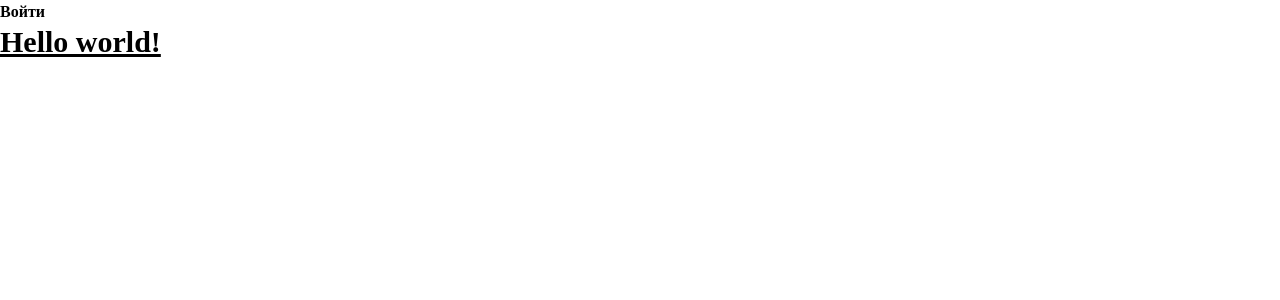
Repository: Gunplay/Smart-Home
Page: /
These files come from the project's save history. The page is drawn as it stood at one moment and after the next save; the edit follows.
The browser window is 1280 px wide. The pictures show the whole page.
The project was rebuilt for these pictures with package versions that can differ from the ones it lists, and the page was loaded fresh each time. Also part of the build but not shown: vite.config.js, vite.config.ts.

Above is the page before, as saved 2024-06-12 16:50:27.

### index.html
<!doctype html>
<html lang="en">

<head>
  <meta charset="UTF-8" />
  <link rel="icon" type="image/svg+xml" href="./src/assets/smart-home-svgrepo-com.svg" />
  <meta name="viewport" content="width=device-width, initial-scale=1.0" />
  <title>Smart-Home</title>
  <link real='stylesheet' href='src/style.css'>
</head>

<body>
  <div id="root"></div>

  <script type="module" src="/src/main.tsx"></script>
</body>

</html>

### src/main.tsx
import React from 'react';
import ReactDOM from 'react-dom/client';
import { BrowserRouter as Router } from 'react-router-dom';
import App from './App.tsx';
import './css/style.css';

ReactDOM.createRoot(document.getElementById('root')!).render(
	<React.StrictMode>
		<Router>
			<App />
		</Router>
	</React.StrictMode>
);

### src/App.tsx
// import { useState } from 'react';

// import reactLogo from './assets/react.svg';
// import viteLogo from '/vite.svg';
import Header from './components/Header';

function App() {
	return (
		<>
			<Header />
		</>
	);
}

export default App;

### src/css/style.css
/*
! tailwindcss v3.4.4 | MIT License | https://tailwindcss.com
*/

/*
1. Prevent padding and border from affecting element width. (https://github.com/mozdevs/cssremedy/issues/4)
2. Allow adding a border to an element by just adding a border-width. (https://github.com/tailwindcss/tailwindcss/pull/116)
*/

*,
::before,
::after {
	box-sizing: border-box;
	/* 1 */
	border-width: 0;
	/* 2 */
	border-style: solid;
	/* 2 */
	border-color: #e5e7eb;
	/* 2 */
}

::before,
::after {
	--tw-content: '';
}

/*
1. Use a consistent sensible line-height in all browsers.
2. Prevent adjustments of font size after orientation changes in iOS.
3. Use a more readable tab size.
4. Use the user's configured `sans` font-family by default.
5. Use the user's configured `sans` font-feature-settings by default.
6. Use the user's configured `sans` font-variation-settings by default.
7. Disable tap highlights on iOS
*/

html,
:host {
	line-height: 1.5;
	/* 1 */
	-webkit-text-size-adjust: 100%;
	/* 2 */
	-moz-tab-size: 4;
	/* 3 */
	-o-tab-size: 4;
	tab-size: 4;
	/* 3 */
	font-family: var(--font-sora), ui-sans-serif, system-ui, sans-serif,
		'Apple Color Emoji', 'Segoe UI Emoji', 'Segoe UI Symbol', 'Noto Color Emoji';
	/* 4 */
	font-feature-settings: normal;
	/* 5 */
	font-variation-settings: normal;
	/* 6 */
	-webkit-tap-highlight-color: transparent;
	/* 7 */
}

/*
1. Remove the margin in all browsers.
2. Inherit line-height from `html` so users can set them as a class directly on the `html` element.
*/

body {
	margin: 0;
	/* 1 */
	line-height: inherit;
	/* 2 */
}

/*
1. Add the correct height in Firefox.
2. Correct the inheritance of border color in Firefox. (https://bugzilla.mozilla.org/show_bug.cgi?id=190655)
3. Ensure horizontal rules are visible by default.
*/

hr {
	height: 0;
	/* 1 */
	color: inherit;
	/* 2 */
	border-top-width: 1px;
	/* 3 */
}

/*
Add the correct text decoration in Chrome, Edge, and Safari.
*/

abbr:where([title]) {
	-webkit-text-decoration: underline dotted;
	text-decoration: underline dotted;
}

/*
Remove the default font size and weight for headings.
*/

h1,
h2,
h3,
h4,
h5,
h6 {
	font-size: inherit;
	font-weight: inherit;
}

/*
Reset links to optimize for opt-in styling instead of opt-out.
*/

a {
	color: inherit;
	text-decoration: inherit;
}

/*
Add the correct font weight in Edge and Safari.
*/

b,
strong {
	font-weight: bolder;
}

/*
1. Use the user's configured `mono` font-family by default.
2. Use the user's configured `mono` font-feature-settings by default.
3. Use the user's configured `mono` font-variation-settings by default.
4. Correct the odd `em` font sizing in all browsers.
*/

code,
kbd,
samp,
pre {
	font-family: ui-monospace, SFMono-Regular, Menlo, Monaco, Consolas,
		'Liberation Mono', 'Courier New', monospace;
	/* 1 */
	font-feature-settings: normal;
	/* 2 */
	font-variation-settings: normal;
	/* 3 */
	font-size: 1em;
	/* 4 */
}

/*
Add the correct font size in all browsers.
*/

small {
	font-size: 80%;
}

/*
Prevent `sub` and `sup` elements from affecting the line height in all browsers.
*/

sub,
sup {
	font-size: 75%;
	line-height: 0;
	position: relative;
	vertical-align: baseline;
}

sub {
	bottom: -0.25em;
}

sup {
	top: -0.5em;
}

/*
1. Remove text indentation from table contents in Chrome and Safari. (https://bugs.chromium.org/p/chromium/issues/detail?id=999088, https://bugs.webkit.org/show_bug.cgi?id=201297)
2. Correct table border color inheritance in all Chrome and Safari. (https://bugs.chromium.org/p/chromium/issues/detail?id=935729, https://bugs.webkit.org/show_bug.cgi?id=195016)
3. Remove gaps between table borders by default.
*/

table {
	text-indent: 0;
	/* 1 */
	border-color: inherit;
	/* 2 */
	border-collapse: collapse;
	/* 3 */
}

/*
1. Change the font styles in all browsers.
2. Remove the margin in Firefox and Safari.
3. Remove default padding in all browsers.
*/

button,
input,
optgroup,
select,
textarea {
	font-family: inherit;
	/* 1 */
	font-feature-settings: inherit;
	/* 1 */
	font-variation-settings: inherit;
	/* 1 */
	font-size: 100%;
	/* 1 */
	font-weight: inherit;
	/* 1 */
	line-height: inherit;
	/* 1 */
	letter-spacing: inherit;
	/* 1 */
	color: inherit;
	/* 1 */
	margin: 0;
	/* 2 */
	padding: 0;
	/* 3 */
}

/*
Remove the inheritance of text transform in Edge and Firefox.
*/

button,
select {
	text-transform: none;
}

/*
1. Correct the inability to style clickable types in iOS and Safari.
2. Remove default button styles.
*/

button,
input:where([type='button']),
input:where([type='reset']),
input:where([type='submit']) {
	-webkit-appearance: button;
	/* 1 */
	background-color: transparent;
	/* 2 */
	background-image: none;
	/* 2 */
}

/*
Use the modern Firefox focus style for all focusable elements.
*/

:-moz-focusring {
	outline: auto;
}

/*
Remove the additional `:invalid` styles in Firefox. (https://github.com/mozilla/gecko-dev/blob/2f9eacd9d3d995c937b4251a5557d95d494c9be1/layout/style/res/forms.css#L728-L737)
*/

:-moz-ui-invalid {
	box-shadow: none;
}

/*
Add the correct vertical alignment in Chrome and Firefox.
*/

progress {
	vertical-align: baseline;
}

/*
Correct the cursor style of increment and decrement buttons in Safari.
*/

::-webkit-inner-spin-button,
::-webkit-outer-spin-button {
	height: auto;
}

/*
1. Correct the odd appearance in Chrome and Safari.
2. Correct the outline style in Safari.
*/

[type='search'] {
	-webkit-appearance: textfield;
	/* 1 */
	outline-offset: -2px;
	/* 2 */
}

/*
Remove the inner padding in Chrome and Safari on macOS.
*/

::-webkit-search-decoration {
	-webkit-appearance: none;
}

/*
1. Correct the inability to style clickable types in iOS and Safari.
2. Change font properties to `inherit` in Safari.
*/

::-webkit-file-upload-button {
	-webkit-appearance: button;
	/* 1 */
	font: inherit;
	/* 2 */
}

/*
Add the correct display in Chrome and Safari.
*/

summary {
	display: list-item;
}

/*
Removes the default spacing and border for appropriate elements.
*/

blockquote,
dl,
dd,
h1,
h2,
h3,
h4,
h5,
h6,
hr,
figure,
p,
pre {
	margin: 0;
}

fieldset {
	margin: 0;
	padding: 0;
}

legend {
	padding: 0;
}

ol,
ul,
menu {
	list-style: none;
	margin: 0;
	padding: 0;
}

/*
Reset default styling for dialogs.
*/

dialog {
	padding: 0;
}

/*
Prevent resizing textareas horizontally by default.
*/

textarea {
	resize: vertical;
}

/*
1. Reset the default placeholder opacity in Firefox. (https://github.com/tailwindlabs/tailwindcss/issues/3300)
2. Set the default placeholder color to the user's configured gray 400 color.
*/

input::-moz-placeholder,
textarea::-moz-placeholder {
	opacity: 1;
	/* 1 */
	color: #9ca3af;
	/* 2 */
}

input::placeholder,
textarea::placeholder {
	opacity: 1;
	/* 1 */
	color: #9ca3af;
	/* 2 */
}

/*
Set the default cursor for buttons.
*/

button,
[role='button'] {
	cursor: pointer;
}

/*
Make sure disabled buttons don't get the pointer cursor.
*/

:disabled {
	cursor: default;
}

/*
1. Make replaced elements `display: block` by default. (https://github.com/mozdevs/cssremedy/issues/14)
2. Add `vertical-align: middle` to align replaced elements more sensibly by default. (https://github.com/jensimmons/cssremedy/issues/14#issuecomment-634934210)
   This can trigger a poorly considered lint error in some tools but is included by design.
*/

img,
svg,
video,
canvas,
audio,
iframe,
embed,
object {
	display: block;
	/* 1 */
	vertical-align: middle;
	/* 2 */
}

/*
Constrain images and videos to the parent width and preserve their intrinsic aspect ratio. (https://github.com/mozdevs/cssremedy/issues/14)
*/

img,
video {
	max-width: 100%;
	height: auto;
}

/* Make elements with the HTML hidden attribute stay hidden by default */

[hidden] {
	display: none;
}

*,
::before,
::after {
	--tw-border-spacing-x: 0;
	--tw-border-spacing-y: 0;
	--tw-translate-x: 0;
	--tw-translate-y: 0;
	--tw-rotate: 0;
	--tw-skew-x: 0;
	--tw-skew-y: 0;
	--tw-scale-x: 1;
	--tw-scale-y: 1;
	--tw-pan-x: ;
	--tw-pan-y: ;
	--tw-pinch-zoom: ;
	--tw-scroll-snap-strictness: proximity;
	--tw-gradient-from-position: ;
	--tw-gradient-via-position: ;
	--tw-gradient-to-position: ;
	--tw-ordinal: ;
	--tw-slashed-zero: ;
	--tw-numeric-figure: ;
	--tw-numeric-spacing: ;
	--tw-numeric-fraction: ;
	--tw-ring-inset: ;
	--tw-ring-offset-width: 0px;
	--tw-ring-offset-color: #fff;
	--tw-ring-color: rgb(59 130 246 / 0.5);
	--tw-ring-offset-shadow: 0 0 #0000;
	--tw-ring-shadow: 0 0 #0000;
	--tw-shadow: 0 0 #0000;
	--tw-shadow-colored: 0 0 #0000;
	--tw-blur: ;
	--tw-brightness: ;
	--tw-contrast: ;
	--tw-grayscale: ;
	--tw-hue-rotate: ;
	--tw-invert: ;
	--tw-saturate: ;
	--tw-sepia: ;
	--tw-drop-shadow: ;
	--tw-backdrop-blur: ;
	--tw-backdrop-brightness: ;
	--tw-backdrop-contrast: ;
	--tw-backdrop-grayscale: ;
	--tw-backdrop-hue-rotate: ;
	--tw-backdrop-invert: ;
	--tw-backdrop-opacity: ;
	--tw-backdrop-saturate: ;
	--tw-backdrop-sepia: ;
	--tw-contain-size: ;
	--tw-contain-layout: ;
	--tw-contain-paint: ;
	--tw-contain-style: ;
}

::backdrop {
	--tw-border-spacing-x: 0;
	--tw-border-spacing-y: 0;
	--tw-translate-x: 0;
	--tw-translate-y: 0;
	--tw-rotate: 0;
	--tw-skew-x: 0;
	--tw-skew-y: 0;
	--tw-scale-x: 1;
	--tw-scale-y: 1;
	--tw-pan-x: ;
	--tw-pan-y: ;
	--tw-pinch-zoom: ;
	--tw-scroll-snap-strictness: proximity;
	--tw-gradient-from-position: ;
	--tw-gradient-via-position: ;
	--tw-gradient-to-position: ;
	--tw-ordinal: ;
	--tw-slashed-zero: ;
	--tw-numeric-figure: ;
	--tw-numeric-spacing: ;
	--tw-numeric-fraction: ;
	--tw-ring-inset: ;
	--tw-ring-offset-width: 0px;
	--tw-ring-offset-color: #fff;
	--tw-ring-color: rgb(59 130 246 / 0.5);
	--tw-ring-offset-shadow: 0 0 #0000;
	--tw-ring-shadow: 0 0 #0000;
	--tw-shadow: 0 0 #0000;
	--tw-shadow-colored: 0 0 #0000;
	--tw-blur: ;
	--tw-brightness: ;
	--tw-contrast: ;
	--tw-grayscale: ;
	--tw-hue-rotate: ;
	--tw-invert: ;
	--tw-saturate: ;
	--tw-sepia: ;
	--tw-drop-shadow: ;
	--tw-backdrop-blur: ;
	--tw-backdrop-brightness: ;
	--tw-backdrop-contrast: ;
	--tw-backdrop-grayscale: ;
	--tw-backdrop-hue-rotate: ;
	--tw-backdrop-invert: ;
	--tw-backdrop-opacity: ;
	--tw-backdrop-saturate: ;
	--tw-backdrop-sepia: ;
	--tw-contain-size: ;
	--tw-contain-layout: ;
	--tw-contain-paint: ;
	--tw-contain-style: ;
}

.h1 {
	font-size: 2.5rem;
	font-weight: 600;
	line-height: 3.25rem;
}

@media (min-width: 768px) {
	.h1 {
		font-size: 2.75rem;
		line-height: 3.75rem;
	}
}

@media (min-width: 1024px) {
	.h1 {
		font-size: 3.25rem;
		line-height: 4.0625rem;
	}
}

@media (min-width: 1280px) {
	.h1 {
		font-size: 3.75rem;
		line-height: 4.5rem;
	}
}

.text-3xl {
	font-size: 1.875rem;
	line-height: 2.25rem;
}

.font-bold {
	font-weight: 700;
}

.underline {
	text-decoration-line: underline;
}

### src/components/Header/index.tsx
import Button from '../Button';

export default function Header() {
	return (
		<>
			<Button />
			<h1 className='text-3xl font-bold underline'>Hello world!</h1>
		</>
	);
}

### src/components/Button/index.tsx
const Button = () => {
	return (
		<button className='bg-gradient-to-r from-blue-500 to-blue-700 hover:bg-gradient-to-r from-blue-700 to-blue-900 text-white font-bold py-2 px-4 rounded-full'>
			Войти
		</button>
	);
};

export default Button;

After the next save:
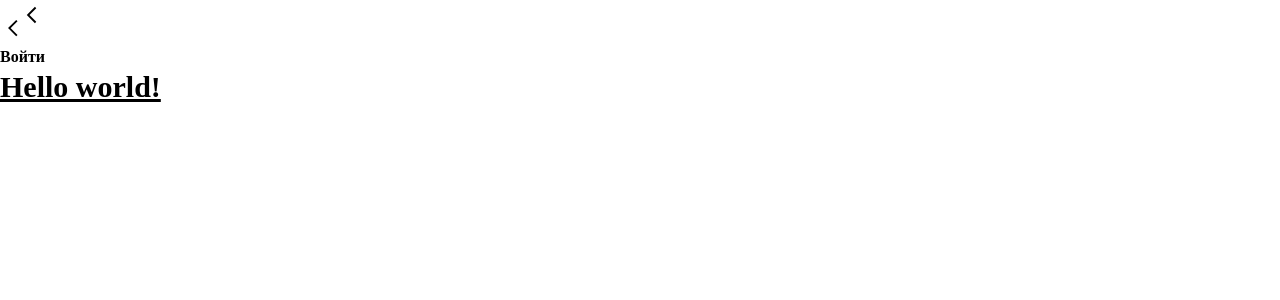
Saved 20 s later.
--- a/src/components/Button/index.tsx
+++ b/src/components/Button/index.tsx
@@ -1,6 +1,14 @@
 const Button = () => {
 	return (
-		<button className='bg-gradient-to-r from-blue-500 to-blue-700 hover:bg-gradient-to-r from-blue-700 to-blue-900 text-white font-bold py-2 px-4 rounded-full'>
+		<button className='bg-blue-500 hover:bg-blue-600 text-white font-bold py-2 px-4 rounded-md shadow-md flex items-center'>
+			<svg
+				className='w-4 h-4 mr-2'
+				fill='none'
+				stroke='currentColor'
+				viewBox='0 0 24 24'
+			>
+				<path d='M9 11l-4 4 4 4M19 12l-4-4 4-4' />
+			</svg>
 			Войти
 		</button>
 	);
